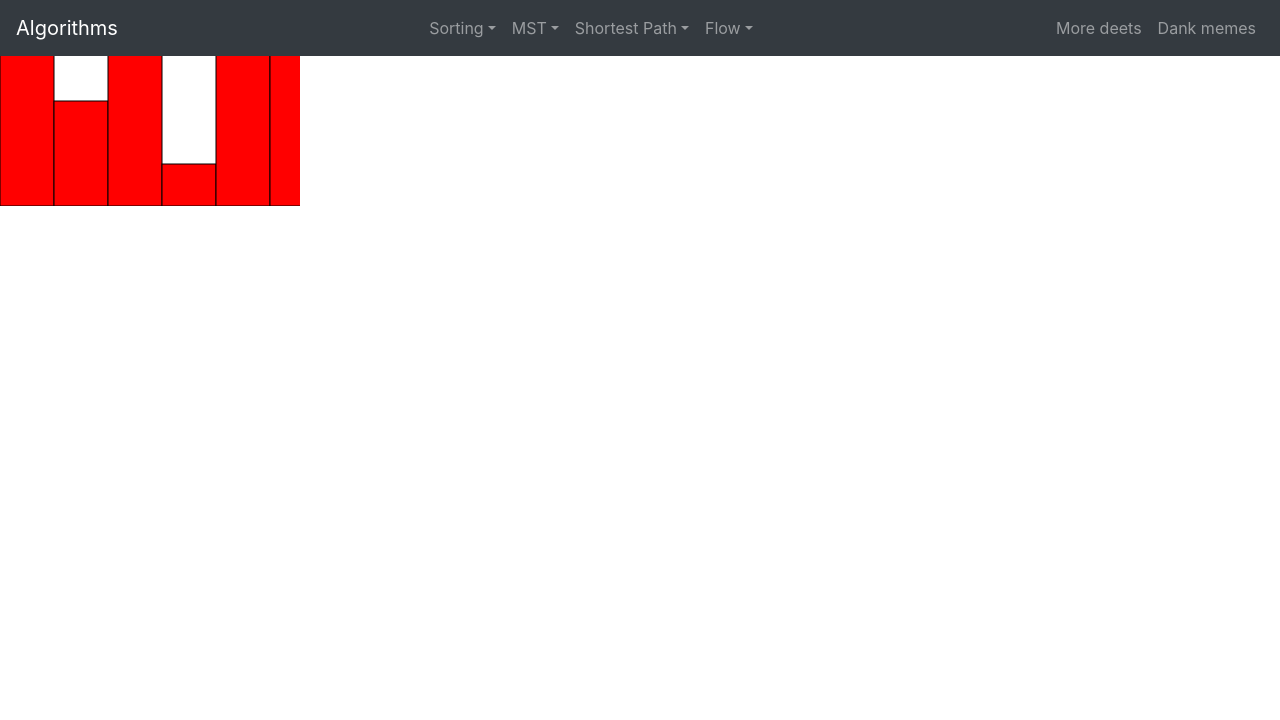
Repository: dkasima1/Algorithm-Visualizations
Page: /
The author's editor kept a copy of each file at every save. The page is drawn from the files as they stood at one save, then again after the next save.
The browser window is 1280 px wide. The pictures show the whole page.
The project was rebuilt for these pictures with package versions that can differ from the ones it lists, and the page was loaded fresh each time. Also part of the build but not shown: src/components/Sorting/Bubble_Sort.js, src/components/Graph/BarGraph.css.

Above is the page before, as saved 2020-06-29 23:45:28.

### src/App.js
import React from 'react';
import { BrowserRouter as Router, Route, Switch } from 'react-router-dom';
import NavigationBar from './components/NavigationBar'
import 'bootstrap/dist/css/bootstrap.min.css';
import Bubble_Sort from "./components/Sorting/Bubble_Sort"
import BarGraph from "./components/Graph/BarGraph"

function App() {
  return (
    <React.Fragment>
      <Router>
        <NavigationBar />
        <BarGraph />
        <Switch>
          <Route path="/Sorting/Bubble_Sort" component={ Bubble_Sort } />
        </Switch>
      </Router>
    </React.Fragment>
  );
}

export default App;

### src/components/NavigationBar.js
import React from 'react';
import { Navbar, Nav, NavDropdown} from 'react-bootstrap';
import { Link } from 'react-router-dom'

function NavigationBar() {
    return (
        <div>
            <Navbar collapseOnSelect expand="lg" bg="dark" variant="dark">
                <Navbar.Brand href="#home">Algorithms</Navbar.Brand>
                <Navbar.Toggle aria-controls="responsive-navbar-nav" />
                <Navbar.Collapse id="responsive-navbar-nav">
                    <Nav className="m-auto">
                    <NavDropdown title="Sorting" id="collasible-nav-dropdown">
                        <NavDropdown.Item as={Link} to="/Sorting/Bubble_Sort">Bubble Sort</NavDropdown.Item>
                        <NavDropdown.Item  as={Link} to="/Sorting/Selection_Sort">Selection Sort</NavDropdown.Item>
                        <NavDropdown.Item  as={Link} to="/Sorting/Insertion_Sort">Insertion Sort</NavDropdown.Item>
                        <NavDropdown.Divider />
                        <NavDropdown.Item  as={Link} to="/Sorting/Merge_Sort">Merge Sort</NavDropdown.Item>
                        <NavDropdown.Item  as={Link} to="/Quick_Sort">Quick Sort</NavDropdown.Item>
                    </NavDropdown>
                    <NavDropdown title="MST" id="collasible-nav-dropdown">
                        <NavDropdown.Item  as={Link} to="/MST/Prims">Prim's Algorithm</NavDropdown.Item>
                        <NavDropdown.Item  as={Link} to="/MST/Kruskals">Kruskal's Algorithm</NavDropdown.Item>
                    </NavDropdown>
                    <NavDropdown title="Shortest Path" id="collasible-nav-dropdown">
                        <NavDropdown.Item  as={Link} to="/Shortest_Path/Dijkstra's">Dijkstra's</NavDropdown.Item>
                    </NavDropdown>
                    <NavDropdown title="Flow" id="collasible-nav-dropdown">
                        <NavDropdown.Item  as={Link} to="/Flow/Ford_Fulkurson">Ford Fulkurson</NavDropdown.Item>
                    </NavDropdown>
                    </Nav>
                    <Nav>
                    <Nav.Link href="#deets">More deets</Nav.Link>
                    <Nav.Link eventKey={2} href="#memes">
                        Dank memes
                    </Nav.Link>
                    </Nav>
                </Navbar.Collapse>
            </Navbar>
        </div>
    )
}

export default NavigationBar;

### src/components/Graph/BarGraph.js
import React from "react";
import './BarGraph.css';

// https://philna.sh/blog/2018/09/27/techniques-for-animating-on-the-canvas-in-react/#:~:text=To%20get%20a%20ref%20to,to%20the%20ref%20you%20created.&text=Now%20you%20have%20the%20context,and%20animate%20all%20you%20like.

class Canvas extends React.Component {

    constructor(props) {
        super(props);
        this.canvasRef = React.createRef();
    }

    componentDidMount() {

        // Generate an array of random numbers.
        let arr = []
        while (arr.length < 20) {
            var num = Math.floor(Math.random() * 100 + 1);
            if (arr.indexOf(num) === -1) {
                arr.push(num)
            }
        }

        // Generate bars of bargraph
        const canvas = this.canvasRef.current;
        let ctx = canvas.getContext("2d");

        let width = 54;
        let posX = 0;

        ctx.fillStyle = "red";
        ctx.strokeStyle ="black"

        for (let i = 0; i < arr.length; i++) {
            let height = arr[i] * (canvas.width/100);
            ctx.fillRect(posX, canvas.height - height, width, height);
            ctx.strokeRect(posX, canvas.height - height, width, height);
            posX += 54;
        }

        // // Outline Canvas
        // ctx.beginPath();
        // ctx.rect(0, 0, canvas.width, canvas.height);
        // ctx.stroke();
    }
    render() {
        return (
            <div>
                <canvas ref={this.canvasRef}/>
            </div>
        )
    }

    // draw() {

    // }
}

export default Canvas;

Loaded but not shown: public/index.html (common file); src/index.js (common file); src/index.css (common file); src/serviceWorker.js (common file)

After the next save:
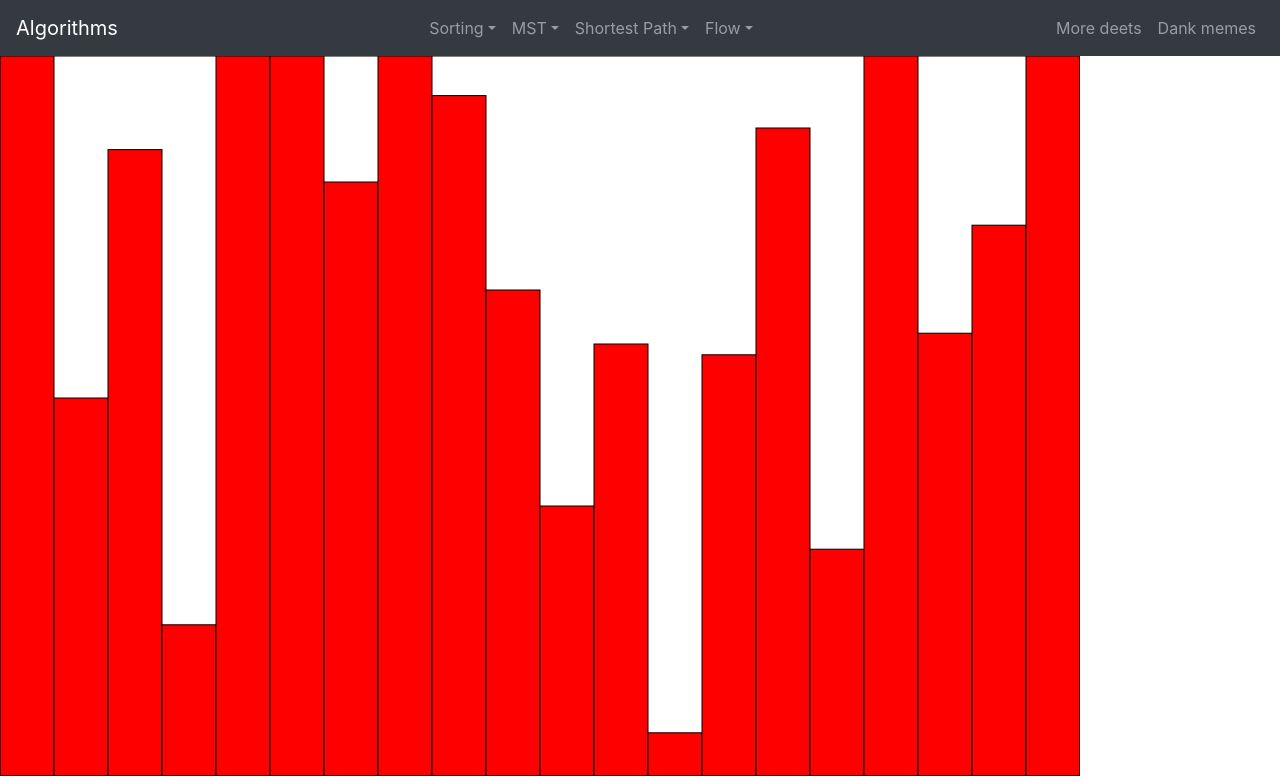
Saved 19 s later.
--- a/src/components/Graph/BarGraph.js
+++ b/src/components/Graph/BarGraph.js
@@ -1,5 +1,5 @@
 import React from "react";
-import './BarGraph.css';
+import 'BarGraph.css';
 
 // https://philna.sh/blog/2018/09/27/techniques-for-animating-on-the-canvas-in-react/#:~:text=To%20get%20a%20ref%20to,to%20the%20ref%20you%20created.&text=Now%20you%20have%20the%20context,and%20animate%20all%20you%20like.
 
@@ -38,15 +38,15 @@ class Canvas extends React.Component {
             posX += 54;
         }
 
-        // // Outline Canvas
-        // ctx.beginPath();
-        // ctx.rect(0, 0, canvas.width, canvas.height);
-        // ctx.stroke();
+        // Outline Canvas
+        ctx.beginPath();
+        ctx.rect(0, 0, canvas.width, canvas.height);
+        ctx.stroke();
     }
     render() {
         return (
             <div>
-                <canvas ref={this.canvasRef}/>
+                <canvas ref={this.canvasRef} height="720" width="1080" />
             </div>
         )
     }
